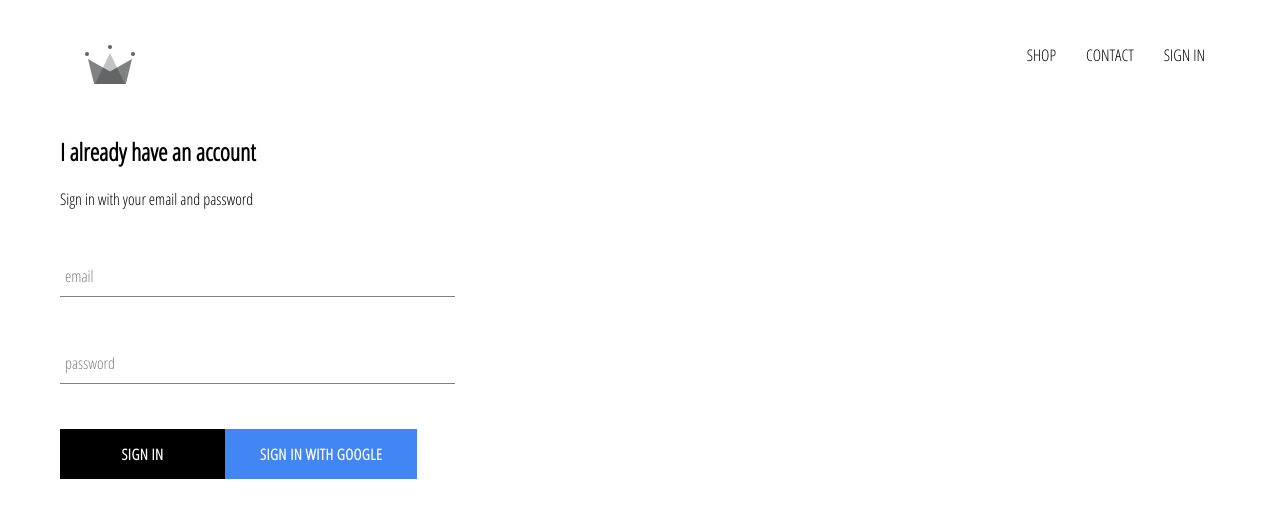
Repository: chonax/crwn-clothing
Page: /signin
The author's editor kept a copy of each file at every save. The page is drawn from the files as they stood at one save, then again after the next save.
The browser window is 1280 px wide. The pictures show the whole page.
The project was rebuilt for these pictures with package versions that can differ from the ones it lists, and the page was loaded fresh each time. Also part of the build but not shown: src/components/menu-item/menu-item.styles.scss, src/components/menu-item/menu-item.component.jsx, src/components/directory/directory.styles.scss, src/components/directory/directory.component.jsx, src/pages/homepage/homepage.styles.scss, src/pages/homepage/homepage.component.jsx, src/pages/shop/shop.data.js, src/components/collection-item/collection-item.styles.scss and 4 more.

Above is the page before, as saved 2021-01-23 19:14:29.

### public/index.html
<!DOCTYPE html>
<html lang="en">
  <head>
    <meta charset="utf-8" />
    <link rel="preconnect" href="https://fonts.gstatic.com">
    <link rel="icon" href="%PUBLIC_URL%/favicon.ico" />
    <meta name="viewport" content="width=device-width, initial-scale=1" />
    <meta name="theme-color" content="#000000" />
    <meta name="description" content="Web site created using create-react-app" />
    <link rel="apple-touch-icon" href="%PUBLIC_URL%/logo192.png" />
    <!--
      manifest.json provides metadata used when your web app is installed on a
      user's mobile device or desktop. See https://developers.google.com/web/fundamentals/web-app-manifest/
    -->
    <link rel="manifest" href="%PUBLIC_URL%/manifest.json" />
    <link href="https://fonts.googleapis.com/css2?family=Open+Sans+Condensed:wght@300&display=swap" rel="stylesheet">
    <!--
      Notice the use of %PUBLIC_URL% in the tags above.
      It will be replaced with the URL of the `public` folder during the build.
      Only files inside the `public` folder can be referenced from the HTML.

      Unlike "/favicon.ico" or "favicon.ico", "%PUBLIC_URL%/favicon.ico" will
      work correctly both with client-side routing and a non-root public URL.
      Learn how to configure a non-root public URL by running `npm run build`.
    -->
    <title>React App</title>
  </head>
  <body>
    <noscript>You need to enable JavaScript to run this app.</noscript>
    <div id="root"></div>
    <!--
      This HTML file is a template.
      If you open it directly in the browser, you will see an empty page.

      You can add webfonts, meta tags, or analytics to this file.
      The build step will place the bundled scripts into the <body> tag.

      To begin the development, run `npm start` or `yarn start`.
      To create a production bundle, use `npm run build` or `yarn build`.
    -->
  </body>
</html>

### src/App.js
import React from 'react';
import { Switch, Route } from 'react-router-dom';

import './App.css';

import HomePage from './pages/homepage/homepage.component';
import ShopPage from './pages/shop/shop.component';
import SignInAndSignUpPage from './pages/sign-in-and-sign-up/sign-in-and-sign-up.component';
import Header from './components/header/header.component';
import { auth } from './firebase/firebase.utils';

class App extends React.Component {
  constructor() {
    super();

    this.state = {
      currentUser: null
    }
  }

  unsubscribeFromAuth = null;

  componentDidMount() {
    this.unsubscribeFromAuth = auth.onAuthStateChanged(user => {
      this.setState({ currentUser: user });
    });
  }

  componentWillUnmount() {
    this.unsubscribeFromAuth();
  }

  render() {
    return (
      <div>
        <Header currentUser={this.state.currentUser} />
        <Switch>
          <Route exact path='/' component={HomePage} />
          <Route path='/shop' component={ShopPage} />
          <Route path='/signin' component={SignInAndSignUpPage} />
        </Switch>
      </div>
    );
  }
}

export default App;

### src/pages/sign-in-and-sign-up/sign-in-and-sign-up.component.jsx
import React from 'react';

import SignIn from '../../components/sign-in/sign-in.component';

import './sign-in-and-sign-up.styles.sass';

const SignInAndSignUpPage = () => (
  <div className='sign-in-and-sign-up'>
    <SignIn />
  </div>
);

export default SignInAndSignUpPage;

### src/components/header/header.component.jsx
import React from 'react';
import { Link } from 'react-router-dom';

import { auth } from '../../firebase/firebase.utils';

import { ReactComponent as Logo } from '../../assets/crown.svg';

import './header.styles.scss';

const Header = ({ currentUser }) => (
  <div className='header'>
    <Link className='logo-container' to="/">
      <Logo className='logo' />
    </Link>
    <div className='options'>
      <Link
        className='option'
        to='/shop'
      >SHOP</Link>
      <Link
        className='option'
        to='/contact'
      >CONTACT</Link>
      {
        currentUser ?
        <div className="option" onClick={() => auth.signOut()}>SIGN OUT</div>
        : <Link className="option" to='/signin'>SIGN IN</Link>
      }
    </div>
  </div>
)

export default Header;

### src/firebase/firebase.utils.js
import firebase from 'firebase/app';
import 'firebase/firestore';
import 'firebase/auth';

const config = {
  apiKey: "AIzaSyD1k1q89XmaeFqXRnuUJBNW1JjCM-VpdSo",
  authDomain: "crwn-db-bb33a.firebaseapp.com",
  projectId: "crwn-db-bb33a",
  storageBucket: "crwn-db-bb33a.appspot.com",
  messagingSenderId: "113505591749",
  appId: "1:113505591749:web:484bf399b02a7fa425abac"
};

firebase.initializeApp(config);

export const auth = firebase.auth();
export const firestore = firebase.firestore();

const provider = new firebase.auth.GoogleAuthProvider();
provider.setCustomParameters({ prompt: 'select_account' });
export const signInWithGoogle = () => auth.signInWithPopup(provider);

export default firebase;

### src/components/sign-in/sign-in.component.jsx
import React from 'react';

import FormInput from '../form-input/form-input.component';
import CustomButton from '../custom-button/custom-button.component';
import { signInWithGoogle } from '../../firebase/firebase.utils';

import './sign-in.styles.scss'

class SignIn extends React.Component {
  constructor(props) {
    super(props);

    this.state = {
      email: '',
      password: '',
    }
  }

  handleSubmit = event => {
    event.preventDefault();

    this.setState({ email: '', password: '' })
  }

  handleChange = event => {
    const { value, name } = event.target;

    this.setState({ [name]: value })
  }

  render() {
    return (
      <div className='sign-in'>
        <h2>I already have an account</h2>
        <span>Sign in with your email and password</span>

        <form onSubmit={this.handleSubmit}>
          <FormInput
            name='email'
            type='email'
            value={this.state.email}
            handleChange={this.handleChange}
            label="email"
            required
          />
          <FormInput
            name="password"
            type="password"
            value={this.state.password}
            handleChange={this.handleChange}
            label="password"
            required
          />
          <CustomButton type="submit" value="Submit Form"> Sign in </CustomButton>
          <CustomButton onClick={signInWithGoogle} isGoogleSignIn> Sign in with Google </CustomButton>
        </form>
      </div>
    );
  }
}

export default SignIn;

### src/components/form-input/form-input.component.jsx
import React from 'react';

import './form-input.styles.scss';

const FormInput = ({ handleChange, label, ...otherProps }) => (
  <div className='group'>
    <input className='form-input' onChange={handleChange} {...otherProps} />
    {
      label ?
      (<label className={`${otherProps.value.length ? 'shrink' : ''} form-input-label`}>
        {label}
      </label>)
      : null
    }
  </div>
);

export default FormInput;

### src/components/custom-button/custom-button.component.jsx
import React from 'react';

import './custom-button.styles.scss'

const CustomButton = ({ children, isGoogleSignIn, ...otherProps }) => (
  <button className={`${isGoogleSignIn ? 'google-sign-in' : ''} custom-button`} {...otherProps}>
    {children}
  </button>
);

export default CustomButton;

### src/components/form-input/form-input.styles.scss
$sub-color: grey;
$main-color: black;

@mixin shrinkLabel {
  top: -14px;
  font-size: 12px;
  color: $main-color;
}

.group {
  position: relative;
  margin: 45px 0;

  .form-input {
    background: none;
    background-color: white;
    color: $sub-color;
    font-size: 18px;
    padding: 10px 10px 10px 5px;
    display: block;
    width: 100%;
    border: none;
    border-radius: 0;
    border-bottom: 1px solid $sub-color;
    margin: 25px 0;

    &:focus {
      outline: none;
    }

    &:focus ~ .form-input-label {
      @include shrinkLabel();
    }
  }

  input[type='password'] {
    letter-spacing: 0.3em;
  }

  .form-input-label {
    color: $sub-color;
    font-size: 16px;
    font-weight: normal;
    position: absolute;
    pointer-events: none;
    left: 5px;
    top: 10px;
    transition: 300ms ease all;

    &.shrink {
      @include shrinkLabel();
    }
  }
}

Loaded but not shown: src/index.js (common file); src/index.css (common file); src/App.css (common file); src/components/header/header.styles.scss (common file); src/components/sign-in/sign-in.styles.scss (common file); src/components/custom-button/custom-button.styles.scss (common file); src/pages/sign-in-and-sign-up/sign-in-and-sign-up.styles.sass (no stored copy; drawn as an empty file)

After the next save:
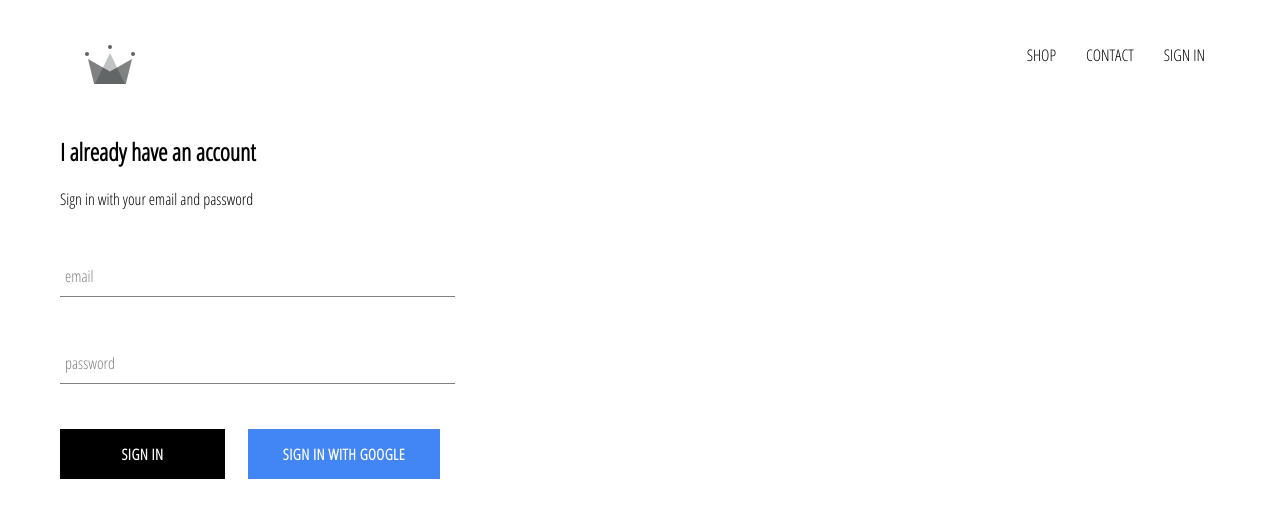
Saved 2 s later.
--- a/src/components/sign-in/sign-in.component.jsx
+++ b/src/components/sign-in/sign-in.component.jsx
@@ -51,8 +51,10 @@ class SignIn extends React.Component {
             label="password"
             required
           />
-          <CustomButton type="submit" value="Submit Form"> Sign in </CustomButton>
-          <CustomButton onClick={signInWithGoogle} isGoogleSignIn> Sign in with Google </CustomButton>
+          <div className="buttons">
+            <CustomButton type="submit" value="Submit Form"> Sign in </CustomButton>
+            <CustomButton onClick={signInWithGoogle} isGoogleSignIn> Sign in with Google </CustomButton>
+          </div>
         </form>
       </div>
     );
